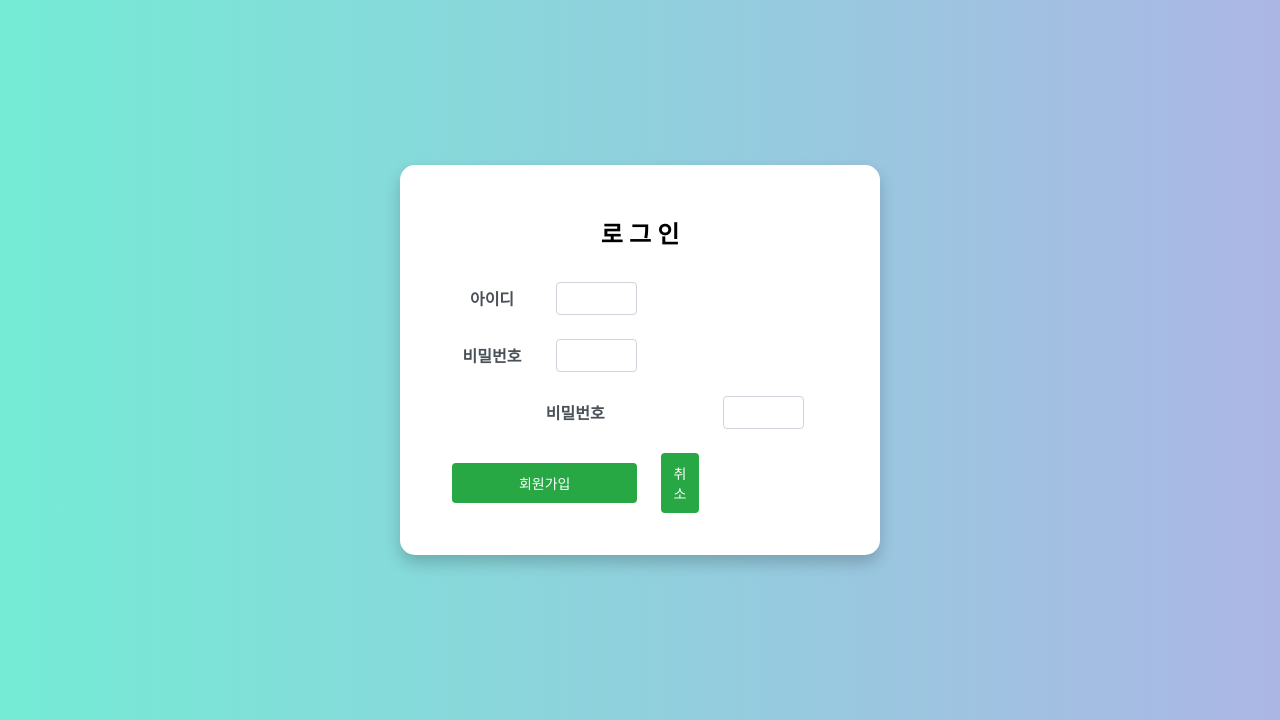
Repository: 1plus1equals3-true/Board-Project
Page: http://localhost/jsp/member/Login.jsp
These files come from the project's save history. The page is drawn as it stood at one moment and after the next save; the edit follows.
The browser window is 1280 px wide. The pictures show the whole page.
The page is served by Tomcat 9.

Above is the page before, as saved 2025-09-24 07:37:49.

After the next save:
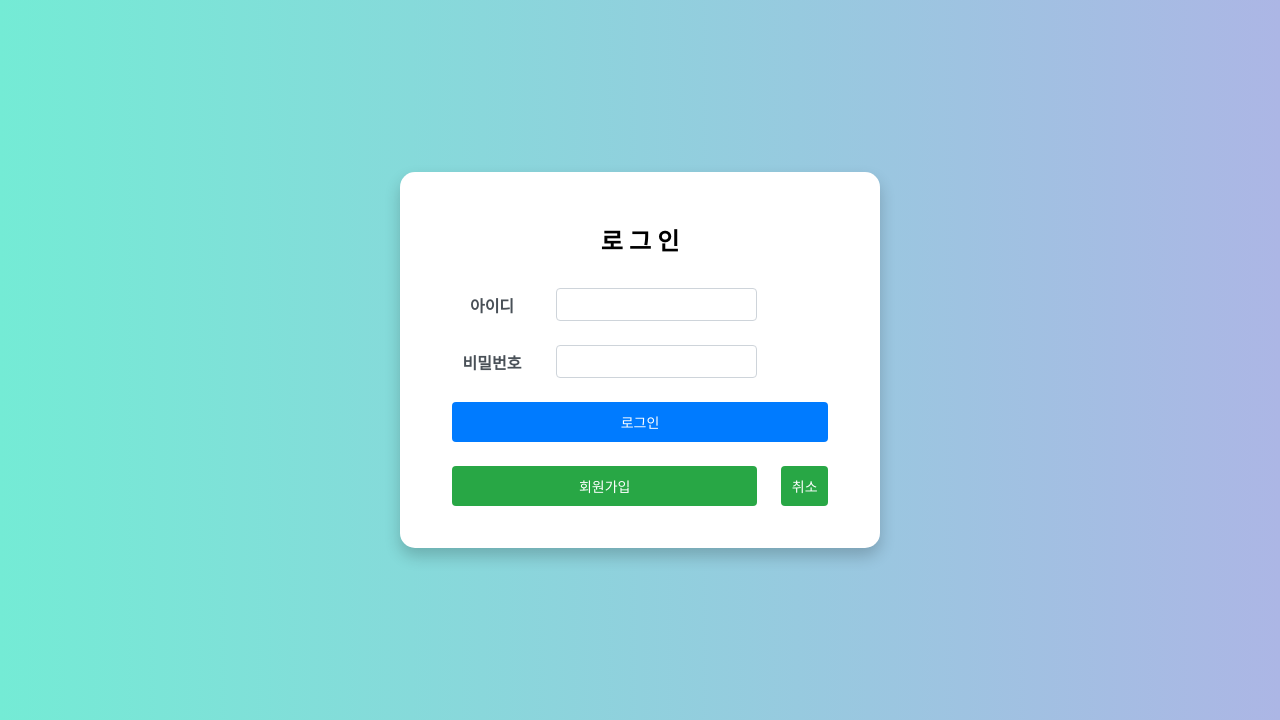
Saved 7 s later.
--- a/jsp/src/main/webapp/member/Login.jsp
+++ b/jsp/src/main/webapp/member/Login.jsp
@@ -125,9 +125,7 @@ body {
 		</tr>
 
 		<tr>
-			<td colspan="3">비밀번호</td>
-			<td><input type="password" name="loginpass"></td>
-			<td></td>
+			<td colspan="3"><input type="submit" value="로그인"></td>
 		</tr>
 
 		<tr>
